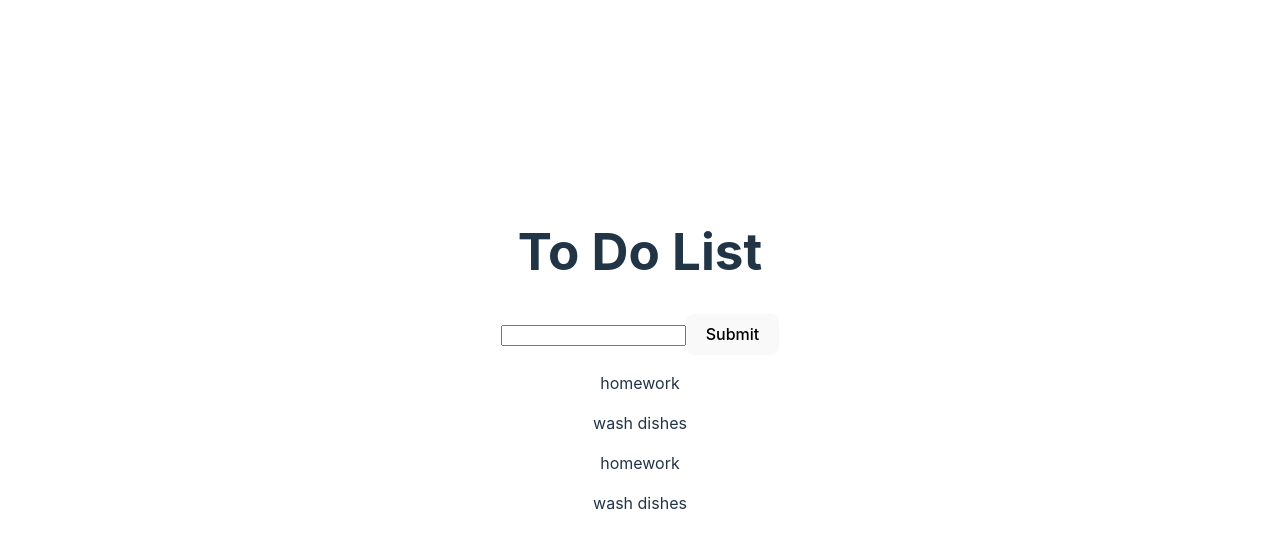
Repository: Jennica1/FRONT_END_WEEK06
Page: / (app in react/)
An editor plug-in stored every save of this project. The page is shown before and after the next save, followed by the edit.
The browser window is 1280 px wide. The pictures show the whole page.
The project was rebuilt for these pictures with package versions that can differ from the ones it lists, and the page was loaded fresh each time. Also part of the build but not shown: react/vite.config.js.

Above is the page before, as saved 2024-10-10 12:34:04.

### react/src/App.jsx
import { useState } from 'react';
import reactLogo from './assets/react.svg';
import viteLogo from '/vite.svg';
import TaskForm from './components/TaskForm';
import './App.css';


function App() {

  return (
    <>
     <TaskForm/>
    </>
  )
}

export default App

### react/src/components/TaskForm.jsx
import { useState } from 'react'
//renders an input box and a button for creating new tasks.
//Decide where the shared state should live. This is where you would also want to define the functions for updating the app state, including:

//a function for toggling the complete status of a task
//a function for adding a new task
//a function for deleting a task


const data = [
  {
    id: 1,
    taskName: 'homework'
  },
  {
    id: 2,
    taskName: 'wash dishes'
  },
]
function TaskForm() {

  const [name, setName] = useState('John Doe');
  const [tasks, setTasks] = useState(data);

  const [taskData, settaskData] = useState({
    taskName: '',

  });

  const studentListUI = tasks.map((student, index) => <p key={index}>{student.taskName}</p>
  );

  const newListUI = tasks.map((student, index) => <p key={index}>{student.taskName}</p>
);


  function handleSubmit(e) {
    e.preventDefault();
    const formData = new formData(e.target); //e.target == form
    name == formData.get('name');

    setName(formData.get(name));
    console.log(name);
  }

  function handleChange(e) {
    setName(e.target.value);

  }

  function handleFirstName(e) {
    settaskData({ ...taskData, firstName: e.target.value })
  };

  function handleAddTask(e) {
    e.preventDefault();
    setTasks([...tasks, taskData]);
  }

  return (
    <>
      <h1>To Do List</h1>
      <form onSubmit={handleAddTask}>

        <input type='text' value={taskData.taskName}
          onChange={(e) => settaskData({ ...taskData, taskName: e.target.value })} />

        <button>Submit</button>
      </form>
      {newListUI}
      {studentListUI}

    </>
  )
}

export default TaskForm

Loaded but not shown: react/index.html (common file); react/src/main.jsx (common file); react/src/index.css (common file); react/src/App.css (common file)

After the next save:
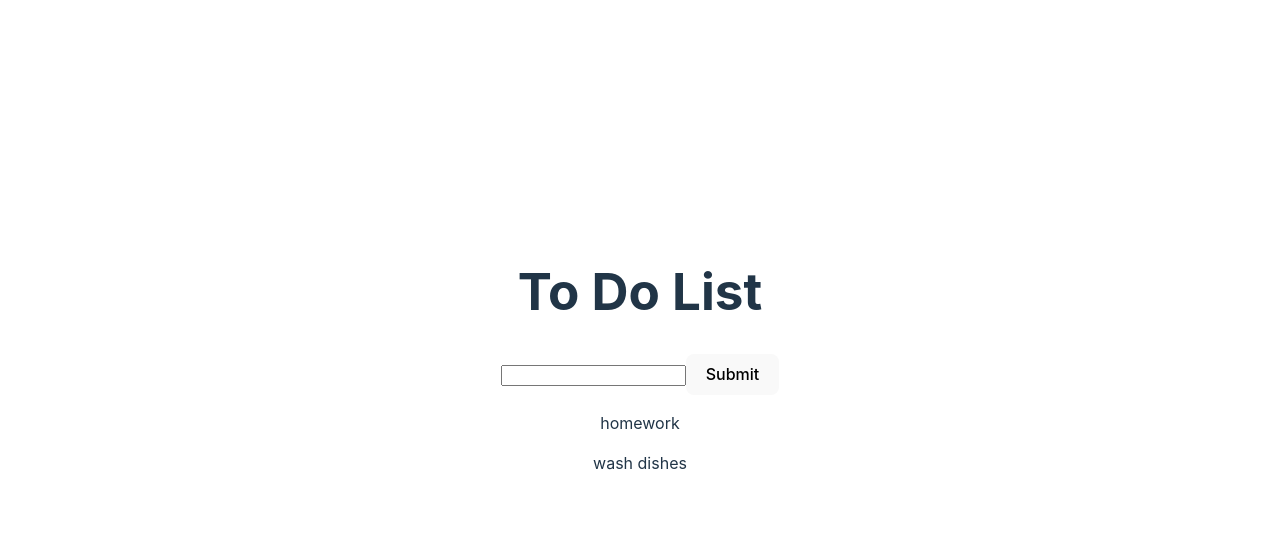
Saved 95 s later.
--- a/react/src/components/TaskForm.jsx
+++ b/react/src/components/TaskForm.jsx
@@ -27,8 +27,7 @@ function TaskForm() {
 
   });
 
-  const studentListUI = tasks.map((student, index) => <p key={index}>{student.taskName}</p>
-  );
+
 
   const newListUI = tasks.map((student, index) => <p key={index}>{student.taskName}</p>
 );
@@ -68,7 +67,7 @@ function TaskForm() {
         <button>Submit</button>
       </form>
       {newListUI}
-      {studentListUI}
+
 
     </>
   )
